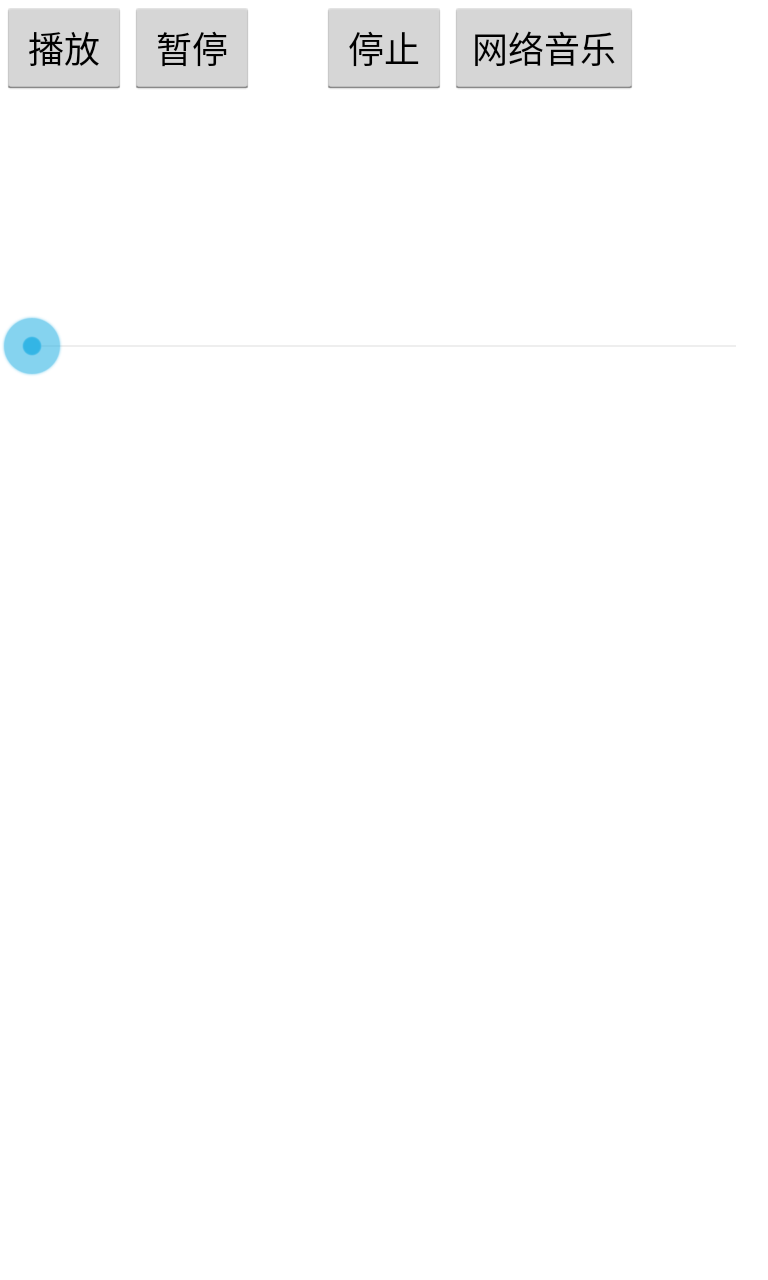
Repository: IvyZh/hm66
Layout: 黑马基础项目/res/layout/activity_music.xml
An editor plug-in stored every save of this project. The layout is shown before and after the next save, followed by the edit.
It is drawn on a 768 x 1280 px phone screen (xhdpi) without system bars, with theme AppTheme; the app's code is not run.

Above is the layout before, as saved 2016-05-26 14:32:18.

### 黑马基础项目/res/layout/activity_music.xml
<RelativeLayout xmlns:android="http://schemas.android.com/apk/res/android"
    xmlns:tools="http://schemas.android.com/tools"
    android:layout_width="match_parent"
    android:layout_height="match_parent" >

    <Button
        android:id="@+id/button1"
        android:layout_width="wrap_content"
        android:layout_height="wrap_content"
        android:layout_alignParentLeft="true"
        android:layout_alignParentTop="true"
        android:onClick="click1"
        android:text="播放" />

    <Button
        android:id="@+id/bt"
        android:layout_width="wrap_content"
        android:layout_height="wrap_content"
        android:layout_alignParentTop="true"
        android:layout_toRightOf="@+id/button1"
        android:onClick="click2"
        android:text="暂停" />

    <Button
        android:id="@+id/button2"
        android:layout_width="wrap_content"
        android:layout_height="wrap_content"
        android:layout_alignParentTop="true"
        android:layout_centerHorizontal="true"
        android:onClick="click3"
        android:text="停止" />

    <Button
        android:id="@+id/button3"
        android:layout_width="wrap_content"
        android:layout_height="wrap_content"
        android:layout_alignParentTop="true"
        android:layout_toRightOf="@+id/button2"
        android:onClick="click4"
        android:text="网络音乐" />

    <SeekBar
        android:id="@+id/sb"
        android:layout_width="match_parent"
        android:layout_height="wrap_content"
        android:layout_alignParentLeft="true"
        android:layout_below="@+id/button1"
        android:layout_marginTop="109dp" />

</RelativeLayout>

Loaded but not shown: 黑马基础项目/res/values/styles.xml (common file); 黑马基础项目/res/values-v11/styles.xml (common file); 黑马基础项目/res/values-v14/styles.xml (common file)

After the next save:
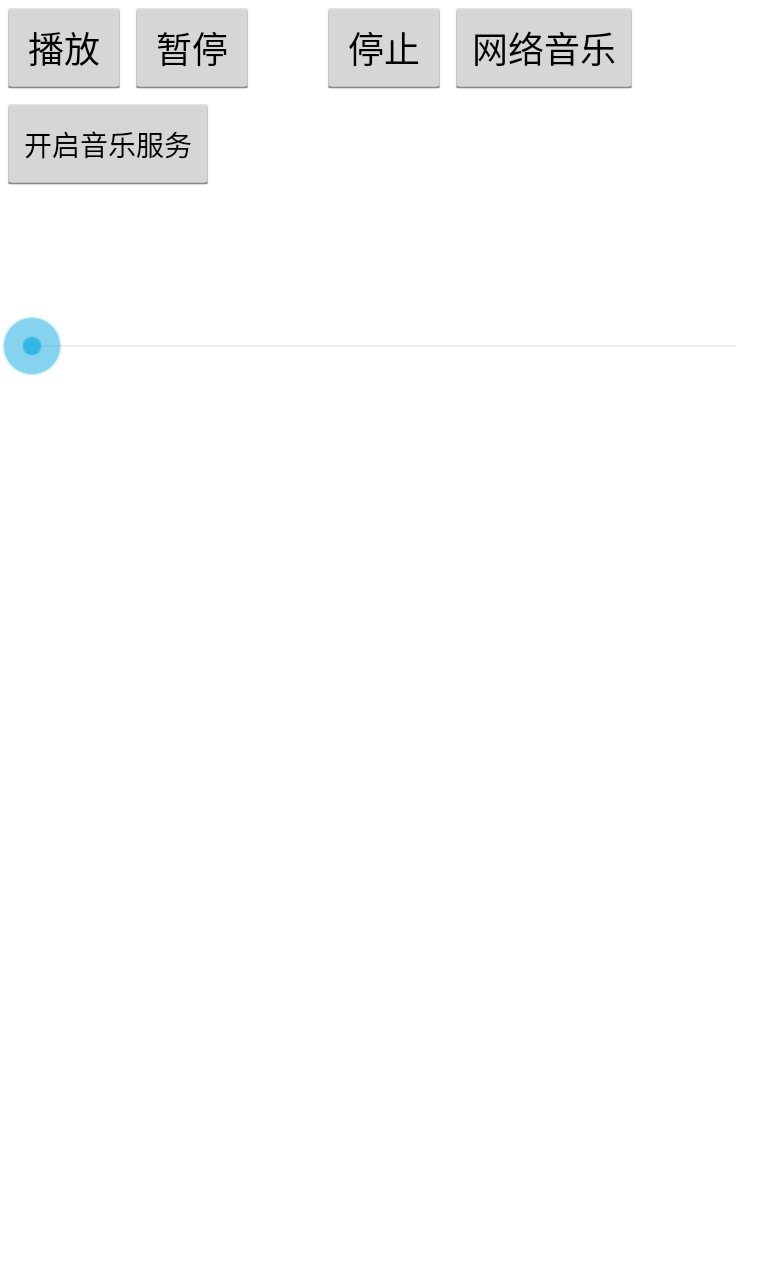
Saved 2 min 30 s later.
--- a/黑马基础项目/res/layout/activity_music.xml
+++ b/黑马基础项目/res/layout/activity_music.xml
@@ -47,4 +47,14 @@
         android:layout_below="@+id/button1"
         android:layout_marginTop="109dp" />
 
+    <Button
+        android:id="@+id/button4"
+        style="?android:attr/buttonStyleSmall"
+        android:layout_width="wrap_content"
+        android:layout_height="wrap_content"
+        android:onClick="click5"
+        android:layout_alignParentLeft="true"
+        android:layout_below="@+id/button1"
+        android:text="开启音乐服务" />
+
 </RelativeLayout>
